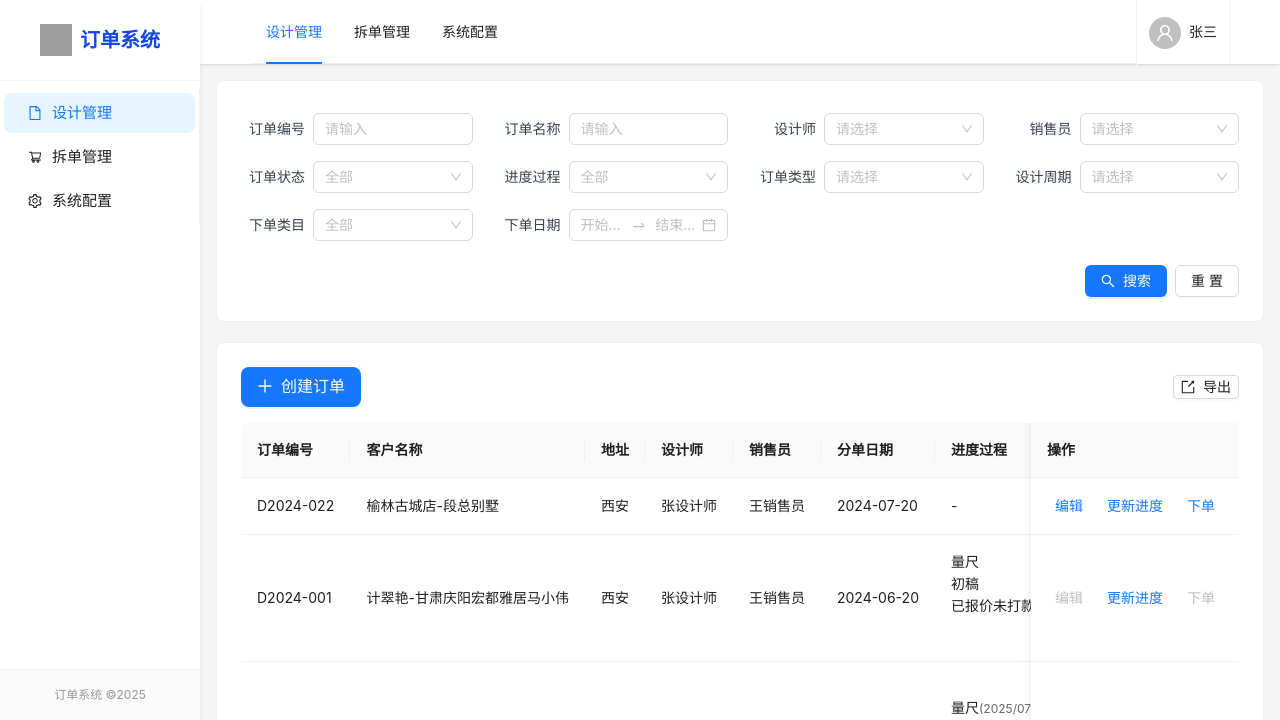
Repository: Garyxiwang/order_system
Page: /design (app in front/)
These files come from the project's save history. The page is drawn as it stood at one moment and after the next save; the edit follows.
The browser window is 1280 px wide. The pictures show the whole page.
Pictures or frames that could not be fetched are drawn as grey boxes. An inner scrolling area shows only its first screen. The project was rebuilt for these pictures with package versions that can differ from the ones it lists, and the page was loaded fresh each time. The framework's server and built-in components were replaced by stand-ins that run in the browser. Also part of the build but not shown: front/next.config.js, front/next.config.ts.

Above is the page before, as saved 2025-08-07 15:12:19.

After the next save:
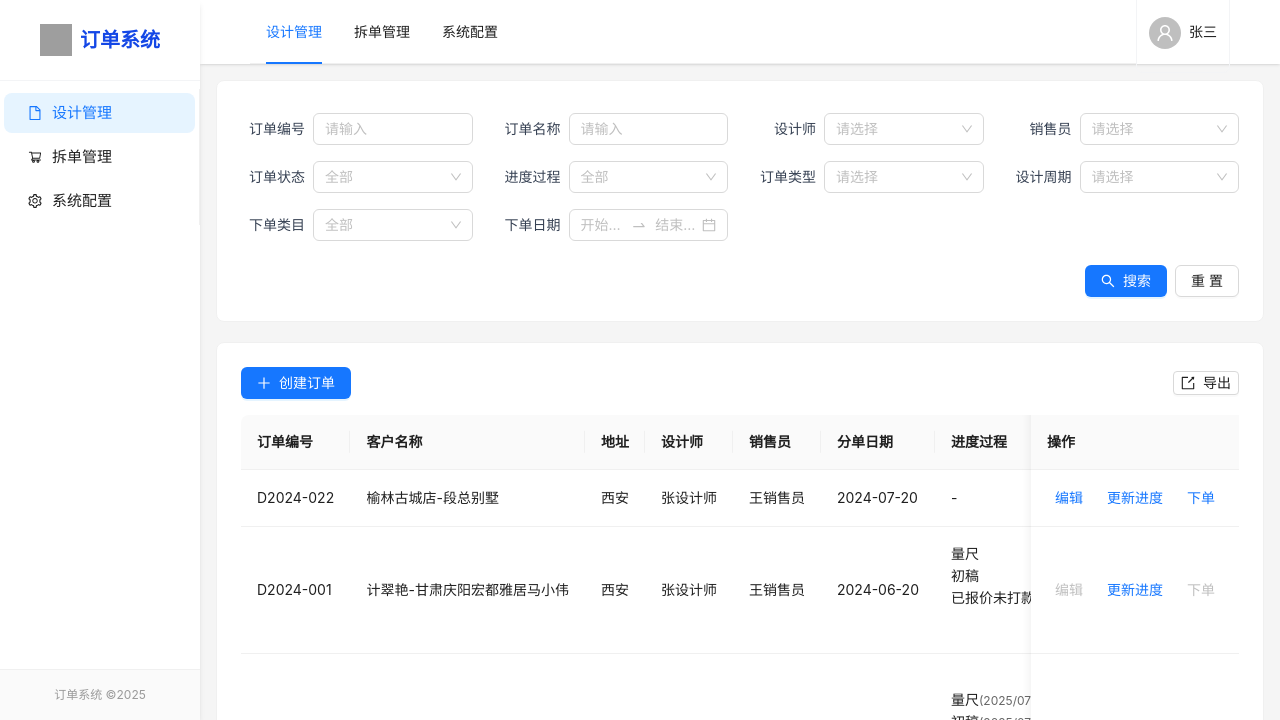
Saved 51 s later.
--- a/front/src/app/design/page.tsx
+++ b/front/src/app/design/page.tsx
@@ -613,7 +613,6 @@ const DesignPage: React.FC = () => {
           <Button
             type="primary"
             icon={<PlusOutlined />}
-            size="large"
             className="bg-blue-600 hover:bg-blue-700"
             onClick={showModal}
           >
